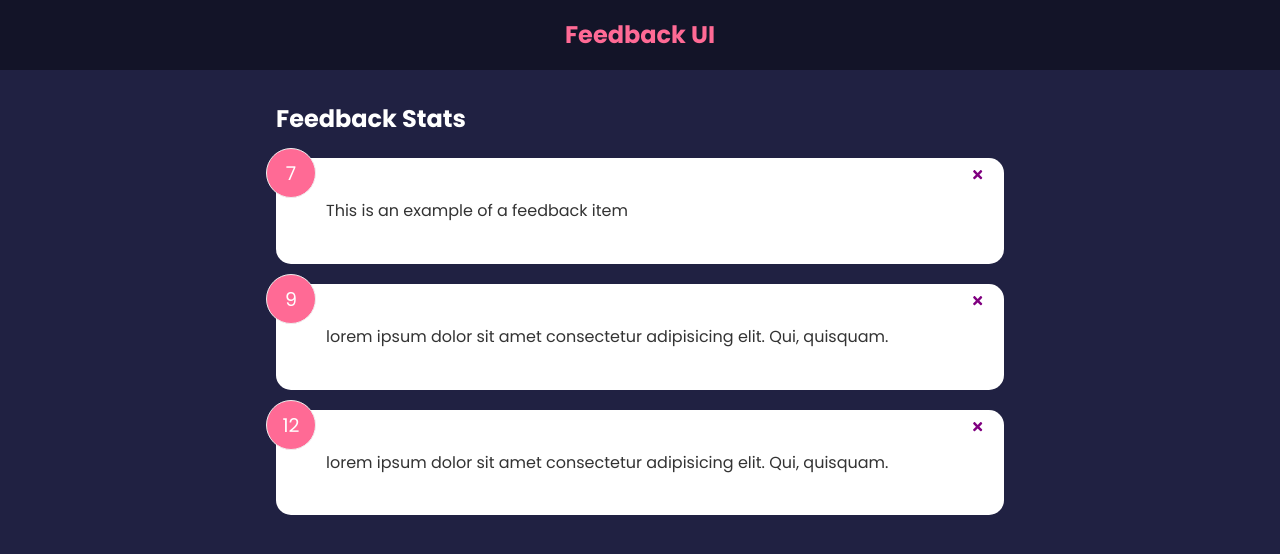
Repository: bayorwor/feedbackapp
Page: /
An editor plug-in stored every save of this project. The page is shown before and after the next save, followed by the edit.
The browser window is 1280 px wide. The pictures show the whole page.
The project was rebuilt for these pictures with package versions that can differ from the ones it lists, and the page was loaded fresh each time.

Above is the page before, as saved 2022-01-30 18:32:18.

### public/index.html
<!DOCTYPE html>
<html lang="en">
  <head>
    <meta charset="utf-8" />
    <link rel="icon" href="%PUBLIC_URL%/favicon.ico" />
    <meta name="viewport" content="width=device-width, initial-scale=1" />
    <meta name="theme-color" content="#000000" />
    <meta
      name="description"
      content="Web site created using create-react-app"
    />
    <link rel="apple-touch-icon" href="%PUBLIC_URL%/logo192.png" />
    <link rel="manifest" href="%PUBLIC_URL%/manifest.json" />
    <title>feedback app</title>
  </head>
  <body>
    <noscript>You need to enable JavaScript to run this app.</noscript>
    <div id="root"></div>
  </body>
</html>

### src/App.js
import { useState } from "react";
import Header from "./components/Header";
import feedbackData from "./data/feedBacks";
import FeedbackList from "./components/FeedbackList";
import FeedbackStats from "./components/FeedbackStats";

const App = () => {
  const [feedback, setFeedback] = useState(feedbackData);

  const deleteFeedback = (id) => {
    if (window.confirm("Are you sure you want to delete this feedback?")) {
      setFeedback(feedback.filter((feedback) => feedback.id !== id));
    }
  };

  return (
    <>
      <Header />
      <div className="container">
        <FeedbackStats feedback={feedback} />
        <FeedbackList feedback={feedback} deleteFeedback={deleteFeedback} />
      </div>
    </>
  );
};

export default App;

### src/components/Header.jsx
import React from "react";
import PropTypes from "prop-types";

const Header = ({ text, bgColor, textColor }) => {
  const headerStyle = {
    backgroundColor: bgColor,
    color: textColor,
  };

  return (
    <header style={headerStyle}>
      <div className="container">
        <h2>{text}</h2>
      </div>
    </header>
  );
};

Header.defaultProps = {
  text: "Feedback UI",
  bgColor: "rgba(0, 0, 0, 0.4)",
  textColor: "#ff6a95",
};

Header.propTypes = {
  text: PropTypes.string,
  bgColor: PropTypes.string,
  textColor: PropTypes.string,
};

export default Header;

### src/data/feedBacks.js
const feedbackData = [
  {
    rating: 7,
    text: "This is an example of a feedback item",
    id: 1,
  },
  {
    rating: 9,
    text: "lorem  ipsum dolor sit  amet consectetur adipisicing elit. Qui, quisquam.",
    id: 2,
  },
  {
    rating: 12,
    text: "lorem  ipsum dolor sit  amet consectetur adipisicing elit. Qui, quisquam.",
    id: 3,
  },
];

export default feedbackData;

### src/components/FeedbackList.jsx
import PropTypes from "prop-types";
import FeedbaackItem from "./FeedbaackItem";

function FeedbackList({ feedback, deleteFeedback }) {
  if (!feedback || feedback.length === 0) {
    return <p>There are no feedbacks to display</p>;
  }

  return (
    <div className="feedback-list">
      {feedback.map((feedback) => (
        <FeedbaackItem
          key={feedback.id}
          feedback={feedback}
          deleteFeedback={deleteFeedback}
        />
      ))}
    </div>
  );
}

FeedbackList.propTypes = {
  feedback: PropTypes.arrayOf(
    PropTypes.shape({
      id: PropTypes.number.isRequired,
      text: PropTypes.string.isRequired,
      rating: PropTypes.number.isRequired,
    }).isRequired
  ).isRequired,
};

export default FeedbackList;

### src/components/FeedbackStats.jsx
import React from "react";

function FeedbackStats() {
  return (
    <div>
      <h2>Feedback Stats</h2>
    </div>
  );
}

export default FeedbackStats;

### src/components/FeedbaackItem.jsx
import { FaTimes } from "react-icons/fa";
import PropTypes from "prop-types";
import Card from "./shared/Card";

function FeedbaackItem({ feedback, deleteFeedback }) {
  return (
    <Card>
      <div className="num-display">{feedback.rating}</div>
      <button onClick={() => deleteFeedback(feedback.id)} className="close">
        <FaTimes color="purple" />
      </button>
      <div className="text-display">{feedback.text}</div>
    </Card>
  );
}

FeedbaackItem.propTypes = {
  feedback: PropTypes.shape({
    id: PropTypes.number.isRequired,
    text: PropTypes.string.isRequired,
    rating: PropTypes.number.isRequired,
  }).isRequired,
};

export default FeedbaackItem;

### src/components/shared/Card.jsx
import React from "react";
import PropTypes from "prop-types";

function Card({ children, reverse }) {
  return <div className={`card ${reverse && "reverse"}`}>{children}</div>;
}

Card.defaultProps = {
  reverse: false,
};

Card.propTypes = {
  children: PropTypes.node.isRequired,
  reverse: PropTypes.bool,
};

export default Card;

Loaded but not shown: src/index.js (common file); src/index.css (common file)

After the next save:
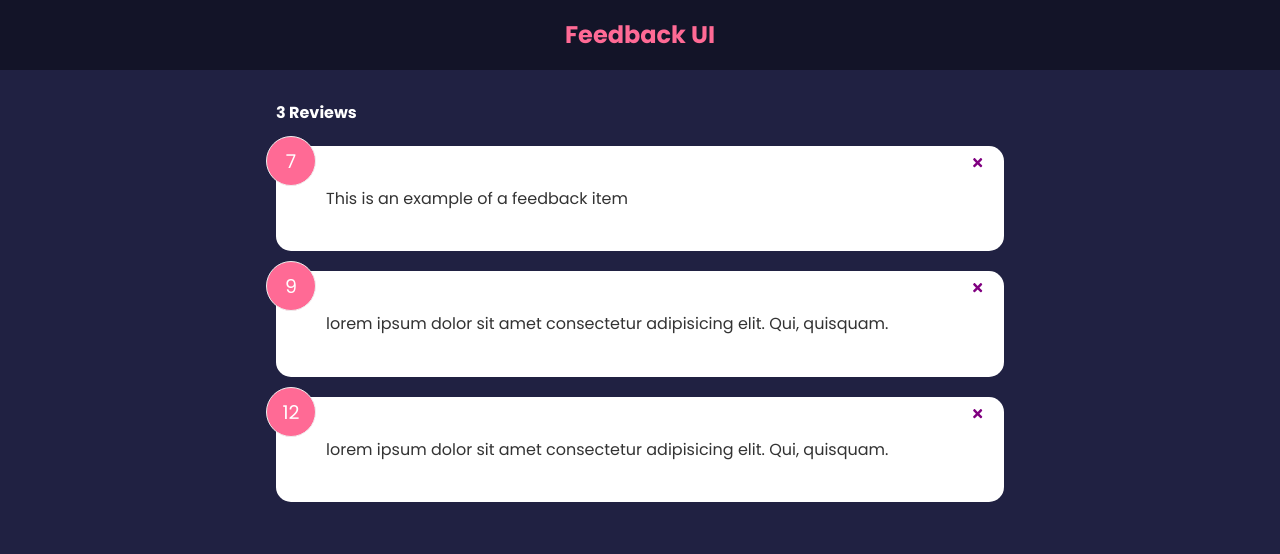
Saved 74 s later.
--- a/src/components/FeedbackStats.jsx
+++ b/src/components/FeedbackStats.jsx
@@ -1,9 +1,9 @@
 import React from "react";
 
-function FeedbackStats() {
+function FeedbackStats({ feedback }) {
   return (
-    <div>
-      <h2>Feedback Stats</h2>
+    <div className="feedback-stats">
+      <h4>{feedback.length} Reviews</h4>
     </div>
   );
 }
